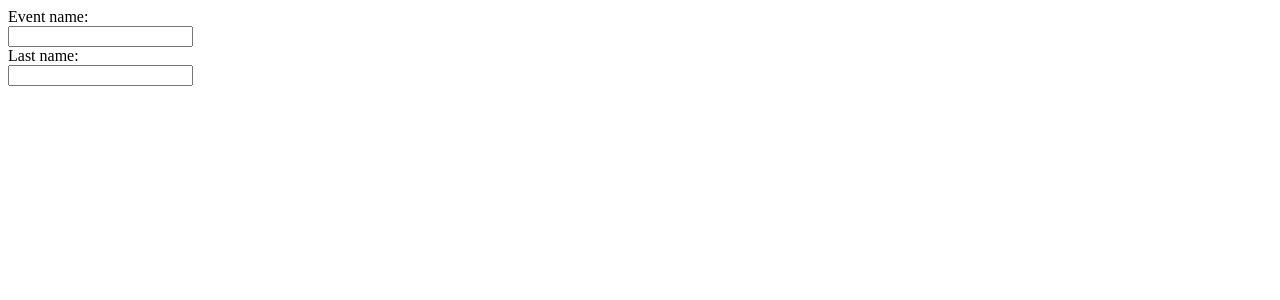
Repository: Tasups/Event-Countdown
Page: eventform.html
The author's editor kept a record of every edit. The page is drawn from the files as they stood at one moment, then again after the next edit.
The browser window is 1280 px wide. The pictures show the whole page.

Above is the page before.
Console error: TypeError: Cannot read properties of null (reading 'value')

After the next edit:
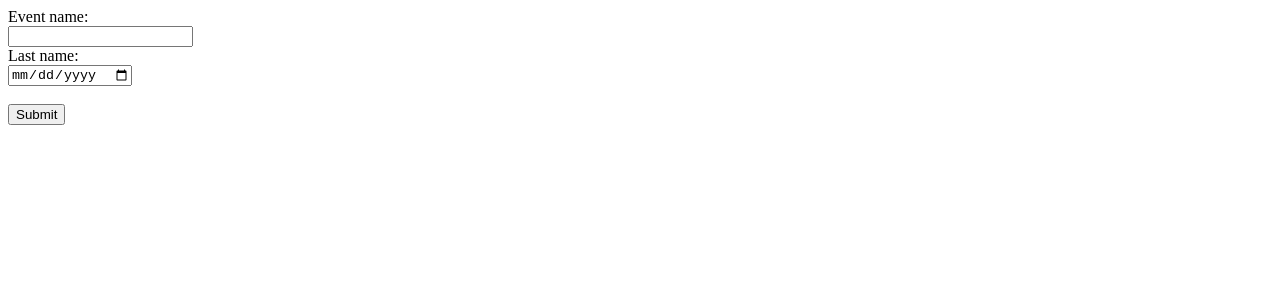
The edit:
--- a/eventform.html
+++ b/eventform.html
@@ -12,9 +12,12 @@
 
     <form>
       <label for="event-name">Event name:</label><br>
-      <input type="text" id="event-name" name="event-name"><br>
-      <label for="lname">Last name:</label><br>
-      <input type="text" id="lname" name="lname">
+      <input type="text" id="event-name" name="event-name">
+      <br>
+      <label for="event-date">Last name:</label><br>
+      <input type="date" id="event-date" name="event-date">
+      <br><br>
+      <button type="submit">Submit</button>
     </form>
 
 	<script src="app.js"></script>
